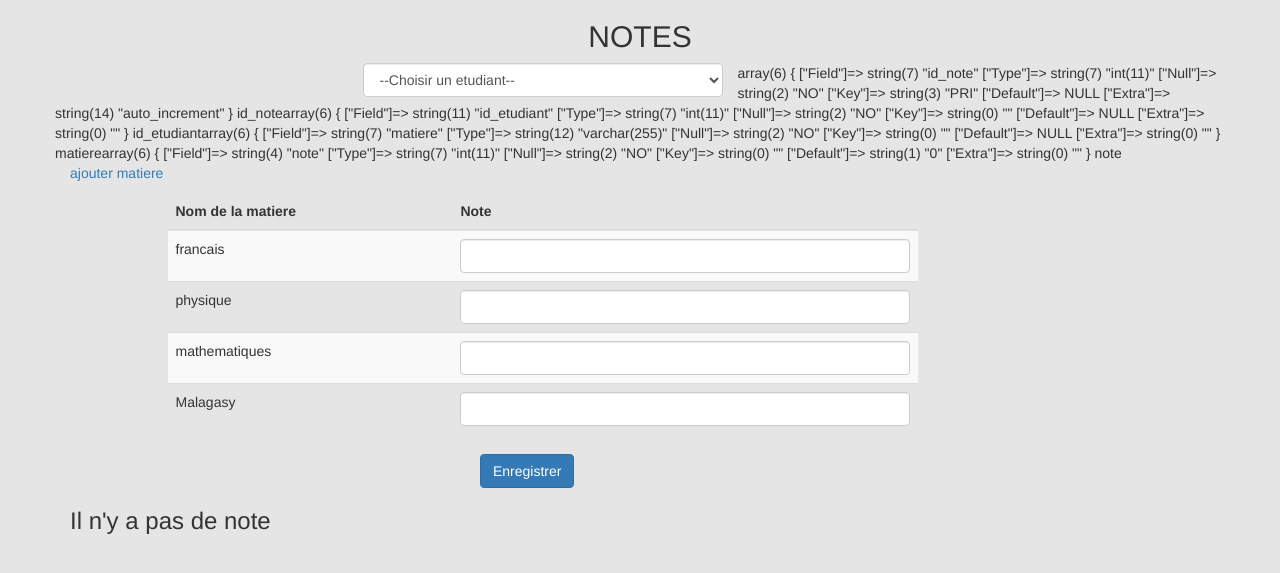
Repository: mitantsoa1/CRUD-note
Page: http://localhost/note
The author's editor kept a copy of each file at every save. The page is drawn from the files as they stood at one save, then again after the next save.
The browser window is 1280 px wide. The pictures show the whole page.
The page is run by PHP 8.4 with error messages shown; the project is at /var/www/html/. The database holds what the project's SQL file puts in it.

Above is the page before, as saved 2021-02-12 10:51:51.
Console error: SyntaxError: Unexpected token '<'

### index.php
<?php

require_once ("Controls/Controllers.class.php");
// require_once ("Models/Database.class.php");
// Database::init("localhost","stage","root","");

if(isset($_GET['action'])){
    if(method_exists("Controllers",$_GET['action'])){
        $reflect = new ReflectionMethod("Controllers",$_GET['action']);
        $class = "Controllers";
        $reflect -> invoke(new $class);
    }else{
        Controllers::loadView("erreur.php");
    }
}else{
    Controllers::loadView("indexView.php");
}

?>

### Controls/Controllers.class.php
<?php
	class Controllers{

		public static function loadView($page){
			$page = htmlspecialchars(trim($page)) ;
			include("Views/".$page) ;
		}
		public function index(){
			Controllers::loadView("indexView");
		}
		// pour inclure les portions de page
		public static function includeTemplate($template)
		{
			$template = htmlspecialchars(trim($template));
			include "Views/template_parts/" . $template;
		}
		// inclure du JavaScript
		public static function includeJS($fields)
		{
			$script = "";
			for ($i = 0; $i < count($fields) - 1; $i++) {
				$code = htmlspecialchars(trim($fields[$i]));
				$script .= '<script src="Publics/js/' . $code . '.js"></script>' . "\n\t";
			}
			if ($i == count($fields) - 1) {
				$code = htmlspecialchars(trim($fields[count($fields) - 1]));
				$script .= '<script src="Publics/js/' . $code . '.js"></script>' . "\n";
			}
			echo $script;
		}
		// inclure du CSS
		public static function includeCSS($fields)
		{
			$css = "";
			for ($i = 0; $i < count($fields) - 1; $i++) {
				$code = htmlspecialchars(trim($fields[$i]));
				$css .= '<link rel="stylesheet" href="Publics/css/' . $code . '.css">' . "\n\t";
			}
			if ($i == count($fields) - 1) {
				$code = htmlspecialchars(trim($fields[count($fields) - 1]));
				$css .= '<link rel="stylesheet" href="Publics/css/' . $code . '.css">' . "\n";
			}
			echo $css;
		}

		public function note(){
			Controllers::loadView("note.php");
		}
		public function matiere(){
			Controllers::loadView("matiere.php");
		}
	}

 ?>

### Views/note.php
<!DOCTYPE html>
<html lang="en">
<head>
    <meta charset="UTF-8">
    <meta http-equiv="X-UA-Compatible" content="IE=edge">
    <meta name="viewport" content="width=device-width, initial-scale=1.0">
    <title>note</title>
    <?php
Controllers::includeCSS(["all","bootstrap.min","sweetalert2.min","style","util"]);
?>
</head>
<body>
    <div class="container content-note">
            <h2 class="text-center">NOTES</h2>
        <form action="">
            <div class="row">
                <?php
                    include('Models/Database.class.php');
                    $db = new Database();
                    $tab = $db->select("etudiant")
                                ->execute(null);
                    echo "<div class='col-sm-4 col-sm-offset-3'> <select id='select_etudiant_note' class='form-control'> <option value='choisir' selected='selected'>--Choisir un etudiant--</option>";

                        for($i=0;$i<count($tab);$i++){
                            echo"
                                <option value='".$tab[$i]->id."'>".$tab[$i]->nom." ".$tab[$i]->prenom."</option>
                            ";
                        }

                    echo "</select></div>";

                    $reqS="SHOW COLUMNS FROM note";
                    $conn= new PDO("mysql:host=localhost;dbname=scolarite","root","");
                            $stmt = $conn -> prepare($reqS);
                            $stmt -> execute();
                            $i=0;
                            while($tab= $stmt->fetch(PDO::FETCH_ASSOC)){
                                var_dump($tab);
                                echo $tab["Field"];
                                $i++;

                            }

                ?>


            </div>
        </form>
        <a href="matiere" >ajouter matiere</a>
        <div class="nom"></div>
        <div class="row">
            <div class="matiere_table col-sm-8 col-sm-offset-1">matiere</div>
        </div>
        <div class="general"></div>
    </div>


<?php
Controllers::includeJS(["jquery","bootstrap.min","all","sweetalert2.min","note","function"]);
?>
</body>
</html>

### Models/Database.class.php
<?php
class Database{
	private $query,$nombreParam, $lastTable;
	private static $conn,$host,$base,$user,$pass,$port ;
		// bd = new PDO("mysql:host=localhost;dbname=nom","user","pass")
		// initialisation
	public static function init($hote,$base,$port,$user,$pass) {
		self::$host=htmlspecialchars(trim($hote)) ;
		self::$base=htmlspecialchars(trim($base)) ;
		self::$user=htmlspecialchars(trim($user)) ;
		self::$pass=htmlspecialchars(trim($pass)) ;

	}
	public static function db() {
		$options = array(PDO::MYSQL_ATTR_INIT_COMMAND => 'SET NAMES utf8',
);


		$url ="mysql:host=".self::$host.";port=".self::$port.";dbname=".self::$base;
		if(!isset(self::$conn)) {
			self::$conn = new PDO($url,self::$user,self::$pass,$options);
		}
		return self::$conn ;

	}
		// execution du requete
	public function execute($value=null) {

			// tester s'il y des trous dans les requetes
			// si c'est une requete de selection
		if (strpos($this->query,"SELECT")>-1) {

			if (strpos($this->query,"?")>-1 ){
				$req = self::db()->prepare($this->query) ;
				$req->execute($value) ;
			}
			else {
				$req = self::db()->query($this->query) ;
			}


			return $req->fetchAll(PDO::FETCH_OBJ);
		}
		else {
			if (strpos($this->query,"?")>-1 ){
				$req = self::db()->prepare($this->query) ;
				$req->execute($value) ;

			}
			else {
				self::db()->query($this->query) ;
			}


			return 0 ;
		}



	}
	public function getQuery() {
		echo $this->query ;
	}
	public function select($table){
		$table=htmlspecialchars(trim($table)) ;
		$this->query = "SELECT * FROM ".$table ;
		$this->lastTable =$table ;
		return $this ;
	}
	public function where($id,$operateur){
		$this->query .= " WHERE ".$id."".$operateur."?";

		return $this ;
	}
	public function et($id,$operateur) {
		$this->query .= " AND ".$id."".$operateur."?";

		return $this ;
	}
	public function ou($id,$operateur) {
		$this->query .= " OR ".$id."".$operateur."?";

		return $this ;
	}
		// insertion
	public function insert($table) {
		$this->query="INSERT INTO ".$table ;
		return $this ;
	}
	// mise à jours
	public function update($table) {
		$this->query="UPDATE ".$table ;
		return $this ;
	}
	public function parametters($fields) {
		if (strpos($this->query,"INSERT")>-1){
			// insertion
			$listeFields="(" ;
			$valeur="VALUES (" ;
			for ($i=0; $i <count($fields) ; $i++) {
				$listeFields.=$fields[$i]."," ;
				$valeur.="?," ;
			}

			$listeFields=trim($listeFields,",").")" ;

			$valeur=trim($valeur,",").")" ;
			$this->query.=" ".$listeFields ;
			$this->query.=" ".$valeur ;
		}
		else if (strpos($this->query,"UPDATE")>-1){
			$listeFields="SET " ;
			for ($i=0; $i <count($fields); $i++) {
				$listeFields.=$fields[$i]."=?," ;
			}
			$listeFields=trim($listeFields,",") ;
			$this->query.=" ".$listeFields ;
		}

		return $this ;
	}

		// suppréssion
	public function delete($table) {
		$table=htmlspecialchars(trim($table)) ;
		$this->query=" DELETE FROM ".$table;
		return $this ;
	}
	public function order($param) {
		$this->query.=" ORDER BY " ;
		$listeOrder="" ;
		foreach ($param as $key => $value) {
			$listeOrder.=$key. " ".$value."," ;
		}
		$listeOrder=trim($listeOrder,",") ;
		$this->query.=$listeOrder ;
		return $this ;
	}
	public function inner($table2,$id1) {
		$table2=htmlspecialchars(trim($table2)) ;
		$id1= htmlspecialchars(trim($id1)) ;

		$this->query.=" INNER JOIN ".$table2." ON ".$this->lastTable.".".$id1."=".$table2.".".$id1 ;
		$this->lastTable=$table2;
		return $this;
	}
	// inner join id différent
	public function innerD($table2,$id1,$id2) {
		$table2=htmlspecialchars(trim($table2)) ;
		$id1= htmlspecialchars(trim($id1)) ;

		$this->query.=" INNER JOIN ".$table2." ON ".$this->lastTable.".".$id1."=".$table2.".".$id2 ;
		$this->lastTable=$table2;
		return $this;
	}
	public function sum($table,$fields) {
		$fields = htmlspecialchars(trim($fields)) ;
		$table = htmlspecialchars(trim($table)) ;
		$this->query="SELECT SUM(".$fields.") AS somme FROM ".$table ;
		return $this ;
	}
	// selection avec paramètre
	public function selectParam($table,$listeFields) {
		$reqBase ="SELECT " ;
		for ($i=0; $i <count($listeFields) ; $i++) {
			$reqBase.=$listeFields[$i]."," ;
		}
		$this->query = trim($reqBase,",")." FROM ".$table;
		return $this ;


	}
	public function customSelect($requete) {
		$req = self::db()->query($requete) ;

		return $req->fetchAll(PDO::FETCH_OBJ);
	}

}
	Database::init("localhost","scolarite","3306","root","");

	//ALTER TABLE `note` ADD `francais` IF NOT EXISTS DOUBLE NOT NULL DEFAULT '0.0'
// $db = new Database();
//  $tab = $db->select("note")
//                     ->innerD("etudiant","id_etudiant","id")
// 					->et("note.id_etudiant","=")
// 					->getQuery();
?>

### Views/erreur.php
<!DOCTYPE html>
<html lang="fr">
<head>
    <meta charset="UTF-8">
    <meta name="viewport" content="width=device-width, initial-scale=1.0">
    <title>Page invalide</title>
</head>
<body>
    <h1>ERROR 404</h1>

        <p>Cette page n'est pas disponible</p>
</body>
</html>

### Controls/ajax.php
<?php
    include("../Models/Database.class.php");
    header('Content-type: application/json');
    $db = new Database();

    if(isset($_POST['data'])){
        $tab = $db->select("etudiant")
                ->execute();
        echo json_encode($tab);
    }

    if(isset($_POST['nom'])){
        $nom = htmlspecialchars(trim($_POST['nom']));
        $prenom = htmlspecialchars(trim($_POST['prenom']));
        $dtn = htmlspecialchars(trim($_POST['date_naissance']));
        $sexe = $_POST['sexe'];

        $db->insert("etudiant")
            ->parametters(["nom","prenom","date_de_naissance","sexe"])
            ->execute([$nom,$prenom,$dtn,$sexe]);
        echo json_encode("ok");
    }

    if(isset($_POST['id_effacer'])){
        $db->delete("etudiant")
            ->where("id","=")
            ->execute([$_POST['id_effacer']]);
        echo json_encode("effacer");
    }

    if(isset($_POST['id_modifier'])){
        $tab=$db->select("etudiant")
            ->where("id","=")
            ->execute([$_POST['id_modifier']]);
        echo json_encode($tab);
    }
    if(isset($_POST['nom_modif'])){
        $nom = htmlspecialchars(trim($_POST['nom_modif']));
        $prenom = htmlspecialchars(trim($_POST['prenom']));
        $dtn = htmlspecialchars(trim($_POST['date_naissance']));
        $sexe = $_POST['sexe'];
        $id = htmlspecialchars(trim($_POST["id"]));

        $db->update("etudiant")
            ->parametters(["nom","prenom","date_de_naissance","sexe"])
            ->where("id","=")
            ->execute([$nom,$prenom,$dtn,$sexe,$id]);
        echo json_encode("ok");
    }

    if(isset($_POST['etudiant'])){
        $tab=$db->select("etudiant")
                ->where("id","=")
                ->execute([$_POST['etudiant']]);
        echo json_encode($tab);
    }

    if(isset($_POST["affiche_matiere"])){
        $tab=$db->select("matiere")
                ->execute(null);
        echo json_encode($tab);
    }

    if(isset($_POST["nom_matiere"])){
        $matiere = htmlspecialchars(trim($_POST["nom_matiere"]));
        $tab=$db->select("matiere")
                ->where("nom_matiere","=")
                ->execute([$matiere]);

                if(count($tab)>0){
                    echo json_encode("non");
                }else{
                    $db->insert("matiere")
                        ->parametters(["nom_matiere"])
                        ->execute([$matiere]);
                        //APINA ALTER TABLE
                    echo json_encode("ok");
                }
    }

    if(isset($_POST['id_mat_effacer'])){
        $db->delete("matiere")
            ->where("id_matiere","=")
            ->execute([$_POST['id_mat_effacer']]);
        echo json_encode("effacer");
    }

    if(isset($_POST['id_mat_modifier'])){
        $tab=$db->select("matiere")
            ->where("id_matiere","=")
            ->execute([$_POST['id_mat_modifier']]);
        echo json_encode($tab);
    }
    if(isset($_POST['nom_mat_modif'])){
        $matiere = htmlspecialchars(trim($_POST['nom_mat_modif']));
        $id = htmlspecialchars(trim($_POST["id"]));

        $db->update("matiere")
            ->parametters(["nom_matiere"])
            ->where("id_matiere","=")
            ->execute([$matiere,$id]);
        echo json_encode("ok");
    }

    if(isset($_POST['affiche_note'])){
        $tab = $db->select("matiere")
                    ->execute(null);

        echo json_encode($tab);

    }

    if(isset($_POST['id_etudiant'])){
        $tab = $db->select("note")
                    ->innerD("etudiant","id_etudiant","id")
                    ->et("note.id_etudiant","=")
                    ->execute([$_POST['id_etudiant']]);

                    echo json_encode($tab);
    }

?>

### Publics/css/style.css
body {
    margin: 0;
    padding: 0;
    background: rgba(0, 0, 0, .1);
}

.content {
    width: 50vw;
    min-width: 300px;
    background: white;
    padding: 10px 20px 0 !important;
    margin: 10px auto;
    border: white 1px solid !important;
    border-radius: 10px !important;
}

.content .titre {
    padding: 0;
    margin: 0;
}

.boutton {
    display: block;
    margin: 0 auto;
    width: 100px;
}

#btn_modification {
    margin-left: 30%;
}

.table_etudiant {
    position: relative;
    height: auto;
    max-height: 150px;
    overflow: auto;
}

.table_etudiant thead {
    position: sticky;
    top: 0;
    background: black;
    color: white;
}

### scolarite.sql (the tables this page reads)
CREATE TABLE IF NOT EXISTS `etudiant` (
  `id` int(11) NOT NULL AUTO_INCREMENT,
  `nom` varchar(255) NOT NULL,
  `prenom` varchar(255) NOT NULL,
  `date_de_naissance` date NOT NULL,
  `sexe` varchar(30) NOT NULL,
  PRIMARY KEY (`id`)
) ENGINE=MyISAM AUTO_INCREMENT=9 DEFAULT CHARSET=utf8;

INSERT INTO `etudiant` (`id`, `nom`, `prenom`, `date_de_naissance`, `sexe`) VALUES
(5, 'mitantsoa', 'mi', '2021-01-26', 'femme'),
(8, 'rabe', 'be', '2021-01-25', 'femme');

CREATE TABLE IF NOT EXISTS `matiere` (
  `id_matiere` int(11) NOT NULL AUTO_INCREMENT,
  `nom_matiere` varchar(255) NOT NULL,
  PRIMARY KEY (`id_matiere`)
) ENGINE=MyISAM AUTO_INCREMENT=8 DEFAULT CHARSET=utf8;

INSERT INTO `matiere` (`id_matiere`, `nom_matiere`) VALUES
(1, 'francais'),
(7, 'physique'),
(3, 'mathematiques'),
(6, 'Malagasy');

CREATE TABLE IF NOT EXISTS `note` (
  `id_note` int(11) NOT NULL AUTO_INCREMENT,
  `id_etudiant` int(11) NOT NULL,
  `matiere` varchar(255) NOT NULL,
  `note` int(11) NOT NULL DEFAULT '0',
  PRIMARY KEY (`id_note`)
) ENGINE=MyISAM AUTO_INCREMENT=3 DEFAULT CHARSET=utf8;

INSERT INTO `note` (`id_note`, `id_etudiant`, `matiere`, `note`) VALUES
(1, 5, 'francais', 15),
(2, 8, 'mathematiques', 10);

Loaded but not shown: Publics/css/all.css (library); Publics/css/bootstrap.min.css (library); Publics/css/sweetalert2.min.css (library); Publics/js/jquery.js (library); Publics/js/bootstrap.min.js (library); Publics/js/function.js (201 lines, source omitted); Publics/js/note.js (79 lines, source omitted); Publics/css/util.css (9878 lines, source omitted)

After the next save:
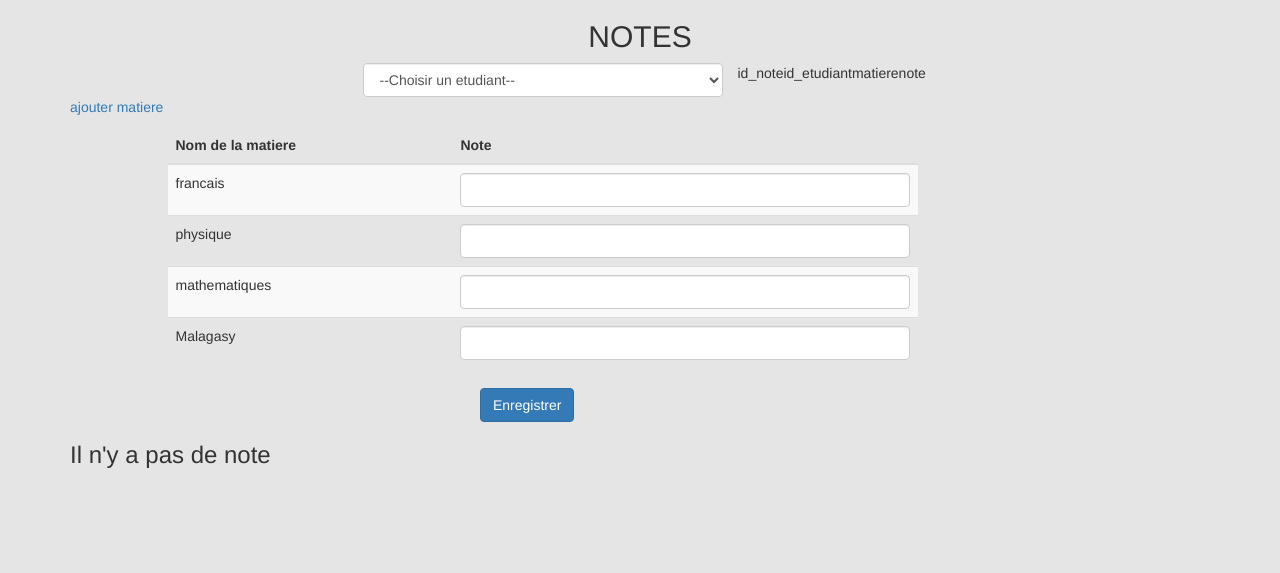
Saved 24 s later.
--- a/Views/note.php
+++ b/Views/note.php
@@ -35,7 +35,6 @@ Controllers::includeCSS(["all","bootstrap.min","sweetalert2.min","style","util"]
                             $stmt -> execute();
                             $i=0;
                             while($tab= $stmt->fetch(PDO::FETCH_ASSOC)){
-                                var_dump($tab);
                                 echo $tab["Field"];
                                 $i++;
 
